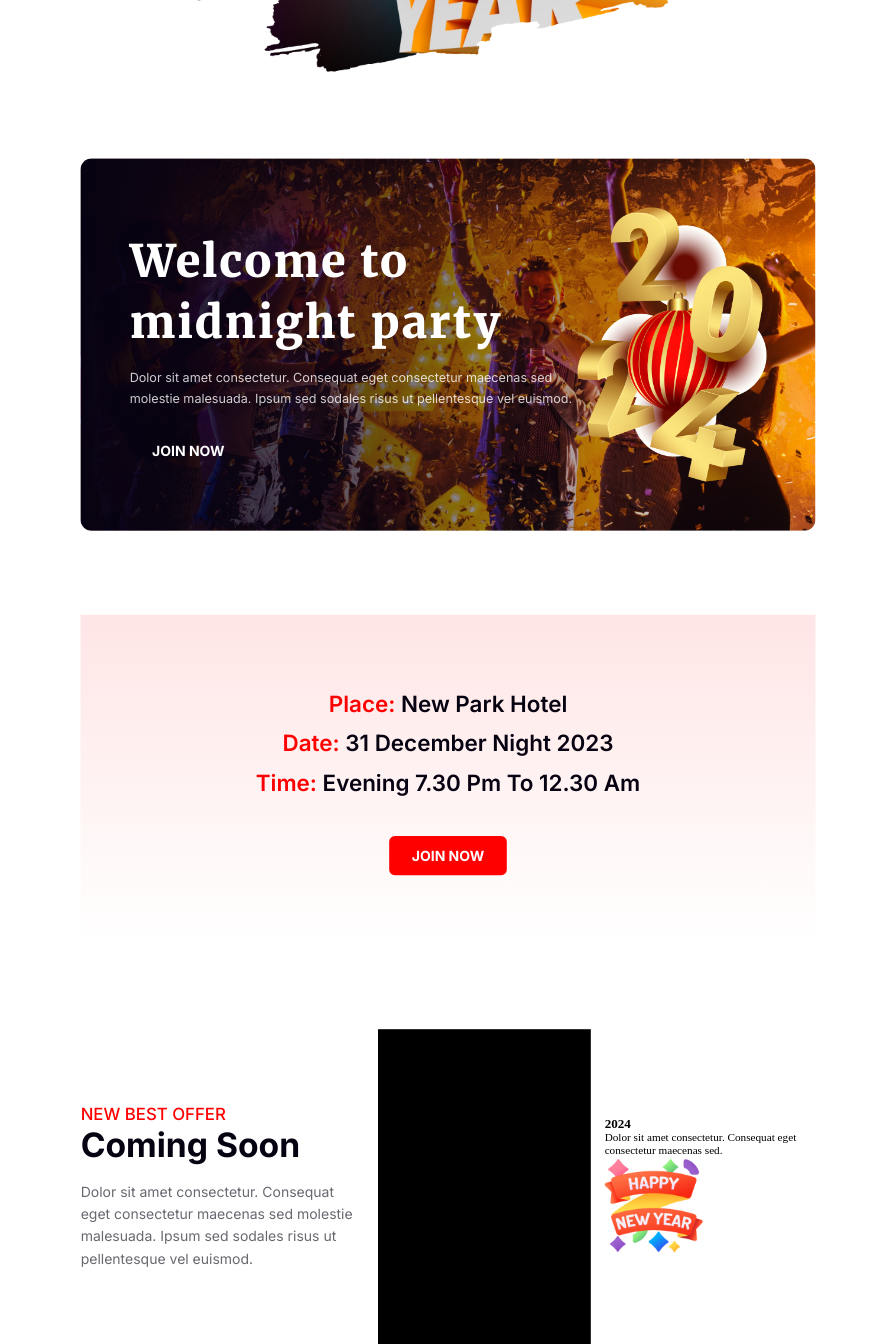
Repository: rahmatahmedrifat/First-Assignment
Page: index.html
These files come from the project's save history. The page is drawn as it stood at one moment and after the next save; the edit follows.
The browser window is 1280 px wide. The pictures show the part of the page from y = 1436 to 3356 px (the page is 3356 px tall before and 3306 px after), at 70% of full size.

Above is the page before, as saved 2024-01-08 15:18:33.

### index.html
<!DOCTYPE html>
<html lang="en">
<head>
    <meta charset="UTF-8">
    <meta name="viewport" content="width=device-width, initial-scale=1.0">
    <!-- Title  -->
    <title>New Year 2024</title>
    <!-- favicon icon linked -->
    <link rel="shortcut icon" href="images/New Year Photo.png" type="image/x-icon">
    <!-- style css linked-->
    <link rel="stylesheet" href="Style/style.css">
</head>
<body>
    <!-- header part  -->
    <header>
        <!-- banner section part -->
        <section id="banner">
            <div class="container">
                <div class="banner-container">
                    <div class="banner-content">
                        <h3 class="celebration">Happy New Year</h3>
                        <h2 class="banner-title">New Year Party Celebration</h2>
                    </div>
                </div>
            </div>
        </section>
    </header>
    <!-- main part -->
    <main>
        <!-- categories section part  -->
            <section id="categories">
                <div class="container">
                    <div class="categories-container">
                        <h2 class="categories-discount">65% OFF</h2>
                        <p class="primary-summery">OUR HOLIDAY DEALS ARE BETTER</p>
                        <h3 class="categories-title">ALL CATEGORIES</h3>
                        <div class="categories-img">
                            <img id="new-year-img" src="images/New Year Photo.png" alt="Happy New Year">
                        </div>
                    </div>
                </div>
            </section>

            <!-- party-banner section part -->
            <section id="party-banner">
                <div class="container">
                    <div class="party-container">
                        <div class="party-content">
                            <h2 class="party-title">Welcome to midnight party</h2>
                            <p class="party-description">Dolor sit amet consectetur. Consequat eget consectetur maecenas sed molestie malesuada. Ipsum sed sodales risus ut pellentesque vel euismod. </p>
                            <button id="join-now-btn">JOIN NOW</button>
                        </div>
                        <img class="party-img" src="images/icon/Group 70.png" alt="party-img">
                    </div>
                </div>
            </section>
            <!-- Announce section part -->
            <section id="announce">
                <div class="container">
                    <div class="announce-content">
                        <h4 class="announce-title"><span class="title-color">Place:</span> New Park Hotel</h4>
                        <h4 class="announce-title"><span class="title-color">Date:</span> 31 December Night 2023</h4>
                        <h4 class="announce-title"><span class="title-color">Time:</span> Evening 7.30 pm to 12.30 am</h4>
                        <button class="announce-btn">Join Now</button>
                    </div>
                </div>
            </section>
            <!-- best offer section part -->
            <section id="best-offer">
                <div class="container">
                    <div class="best-offer-container">
                        <div class="best-offer-content">
                            <p class="primary-summery">NEW BEST OFFER</p>
                            <h3 class="best-offer-title">Coming Soon</h3>
                            <p class="best-offer-description">Dolor sit amet consectetur. Consequat eget consectetur maecenas sed molestie malesuada. Ipsum sed sodales risus ut pellentesque vel euismod. </p>
                        </div>
                        <div class="best-offer-img-content">
                            <!-- /<img class="best-offer-img" src="images/Ellipse 1.png" alt="best-offer-images"> -->
                        </div>
                        <div class="best-offer-year-content">
                            <h3 class="best-offer-year">2024</h3>
                            <p class="best-offer-escription">Dolor sit amet consectetur. Consequat eget consectetur maecenas sed.</p>
                            <img class="best-offer-year-img" src="images/icon/Group 96.png" alt="best-offer-year-img">
                        </div>
                    </div>
                </div>
            </section>
    </main>
    <!--  footer part -->
    <footer></footer>
</body>
</html>

### Style/style.css
/* import google fonts */
@import url('https://fonts.googleapis.com/css2?family=Inter:wght@100;200;300;400;500;600;700;800;900&family=Merriweather:ital,wght@0,300;0,400;0,700;0,900;1,300;1,400;1,700;1,900&display=swap');

*{
    margin: 0;
    padding: 0;
    outline: 0;
}

.container{
    width: 82%;
    margin: 0 auto;
}
/* primary content */
.primary-summery{
    font-family: Inter;
    font-size: 24px;
    font-style: normal;
    font-weight: 500;
    color: #F00;
    line-height: normal;
}
/* banner section related css style */
#banner{
    margin-top: 30px;
}
.banner-container{
    background-image: linear-gradient(180deg, #070211 0%, rgba(7, 2, 17, 0.00) 100%), url(../images/Banner\ Image.png);
    background-size: cover;
    background-repeat: no-repeat;
    background-position: center;
    border-radius: 16px;
    padding: 177px 0px;
}
.banner-container .banner-content{
    width: 632px;
    margin: 0 auto;
}
.banner-container .banner-content .celebration{
    color: #FFF;
    text-align: center;
    font-family: Merriweather;
    font-size: 32px;
    font-style: normal;
    font-weight: 400;
    line-height: normal;
    margin-bottom: 16px;
    z-index: 99;
}
.banner-container .banner-content .banner-title{
    color: #FFF;
    text-align: center;
    font-family: Merriweather;
    font-size: 72px;
    font-style: normal;
    font-weight: 900;
    line-height: 95px;
}
/* categories section related css style */

#categories{
    margin: 120px 0px;
}
.categories-container{
    text-align: center;
}
.categories-container .categories-discount{
    font-family: Inter;
    font-size: 88px;
    font-style: normal;
    font-weight: 700;
    color: #F00;
    line-height: normal;
    margin-bottom: 48px;
}

.categories-title{
    font-family: Inter;
    font-size: 48px;
    font-style: normal;
    font-weight: 700;
    color: #070211;
    line-height: normal;
    margin-bottom: 48px;
}
.categories-container .categories-img{
    width: 800px;
    margin: 0 auto;
}
.categories-img #new-year-img{
    max-width: 100%;
}

/* party-banner section css style  */
#party-banner{

}
.party-container{
    background-image: linear-gradient(90deg, #070211 0%, rgba(7, 2, 17, 0.00) 100%), url(../images/Vectorrr.png);
    background-position: center;
    background-repeat: no-repeat;
    background-size: cover;
    display: flex;
    align-items: center;
    justify-content: space-between;
    border-radius: 16px;
    padding: 70px 70px;
}
.party-container .party-content{
    width: 900px;
}
.party-content .party-title{
    font-family: Merriweather;
    font-size: 64px;
    font-style: normal;
    font-weight: 900;
    color: #FFF;
    line-height: 88px;
    letter-spacing: 3px;
}
.party-content .party-description{
    font-family: Inter;
    font-size: 18px;
    font-style: normal;
    font-weight: 400;
    color: rgba(255, 255, 255, 0.80);
    line-height: 30px;
    margin-top: 20px;
}
#join-now-btn{
    font-family: Inter;
    font-size: 20px;
    font-style: normal;
    font-weight: 700;
    color: #FFF;
    background: transparent;
    line-height: normal;
    text-transform: uppercase;
    border: none;
    cursor: pointer;
    margin-top: 48px;
    margin-left: 32px;
}
.party-container .party-img{
    width: 270px;
    max-width: 100%;
}

/* Announce section css style */

#announce{
    margin: 120px 0px;
}
.announce-content{
    background: linear-gradient(180deg, rgba(255, 0, 0, 0.10) 0%, rgba(255, 0, 0, 0.00) 100%);
    padding: 100px 0;
    text-align: center;
}
.announce-content .announce-title{
    color: #070211;
    font-family: Inter;
    font-size: 32px;
    font-style: normal;
    font-weight: 600;
    line-height: 56px;
    text-transform: capitalize;
}
.announce-content .announce-title .title-color{
    color: #F00;
}
.announce-btn{
    font-family: Inter;
    font-size: 20px;
    font-style: normal;
    font-weight: 700;
    line-height: normal;
    color: #FFF;
    text-align: center;
    text-transform: uppercase;
    border-radius: 8px;
    background: #F00;
    padding: 16px 32px;
    border: none;
    cursor: pointer;
    transition: all ease 0.5s;
    margin-top: 48px;
}
.announce-btn:hover{
    background: #fff;
    color: #f00;
    outline: 1px solid #F00;
}
/* best-offer section style css */

.best-offer-title{
    font-family: Inter;
    font-size: 48px;
    font-style: normal;
    font-weight: 700;
    color: #070211;
    line-height: normal;
}
.best-offer-description{
    font-family: Inter;
    font-size: 20px;
    font-style: normal;
    font-weight: 400;
    color: rgba(7, 2, 17, 0.60);
    line-height: 32px;
    margin-top: 22px;
}
.best-offer-container{
    display: flex;
    align-items: center;
    gap: 20px;
}
.best-offer-content{
    width: 600px;
}
.best-offer-img-content{
    height: 450px;
    width: 450px;

    background-color: #000;

}
/* .best-offer-img-content .best-offer-img{
    width: 263px;
} */
.best-offer-year{
    width: ;
}

After the next save:
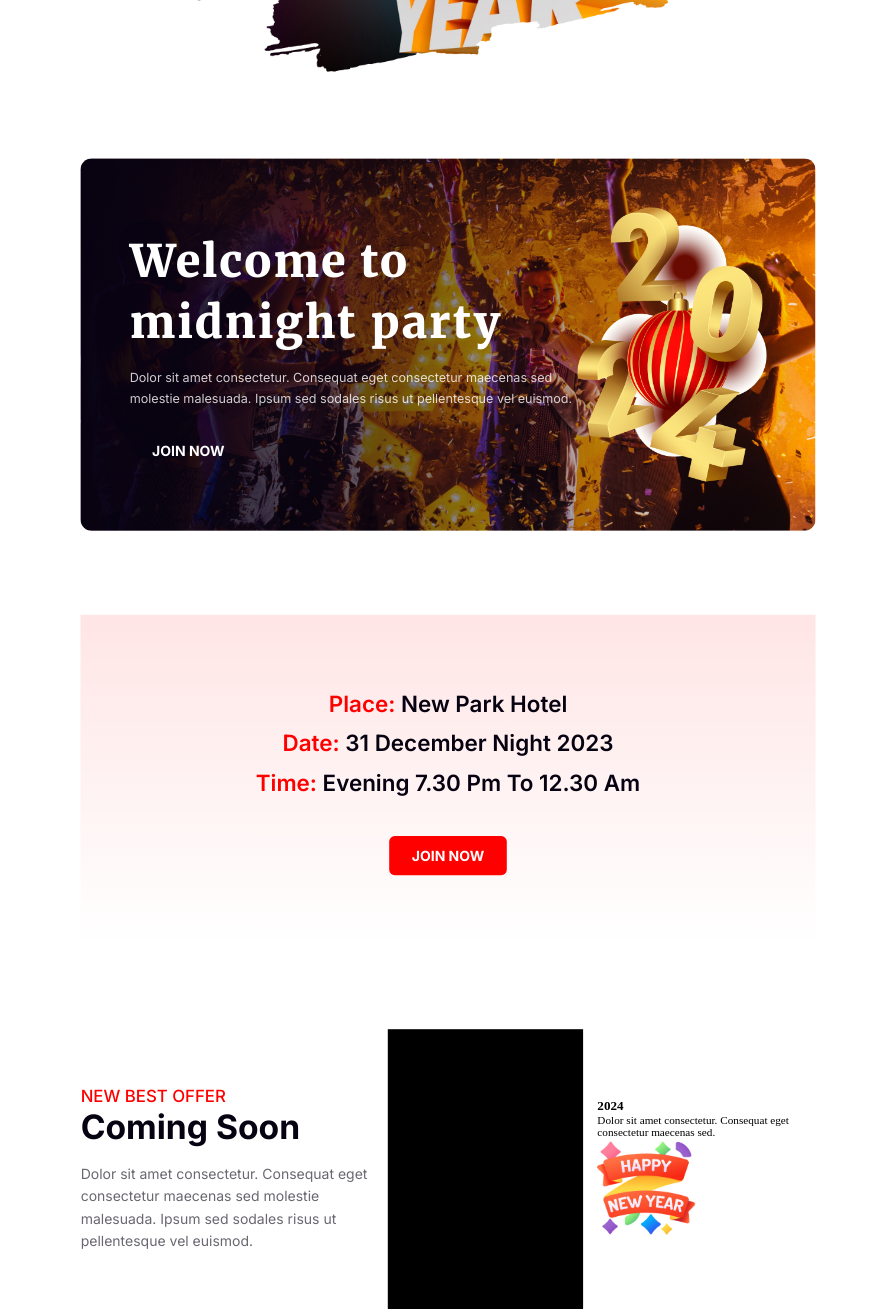
Saved 14 s later.
--- a/Style/style.css
+++ b/Style/style.css
@@ -218,8 +218,8 @@
     width: 600px;
 }
 .best-offer-img-content{
-    height: 450px;
-    width: 450px;
+    height: 400px;
+    width: 400px;
 
     background-color: #000;
 
